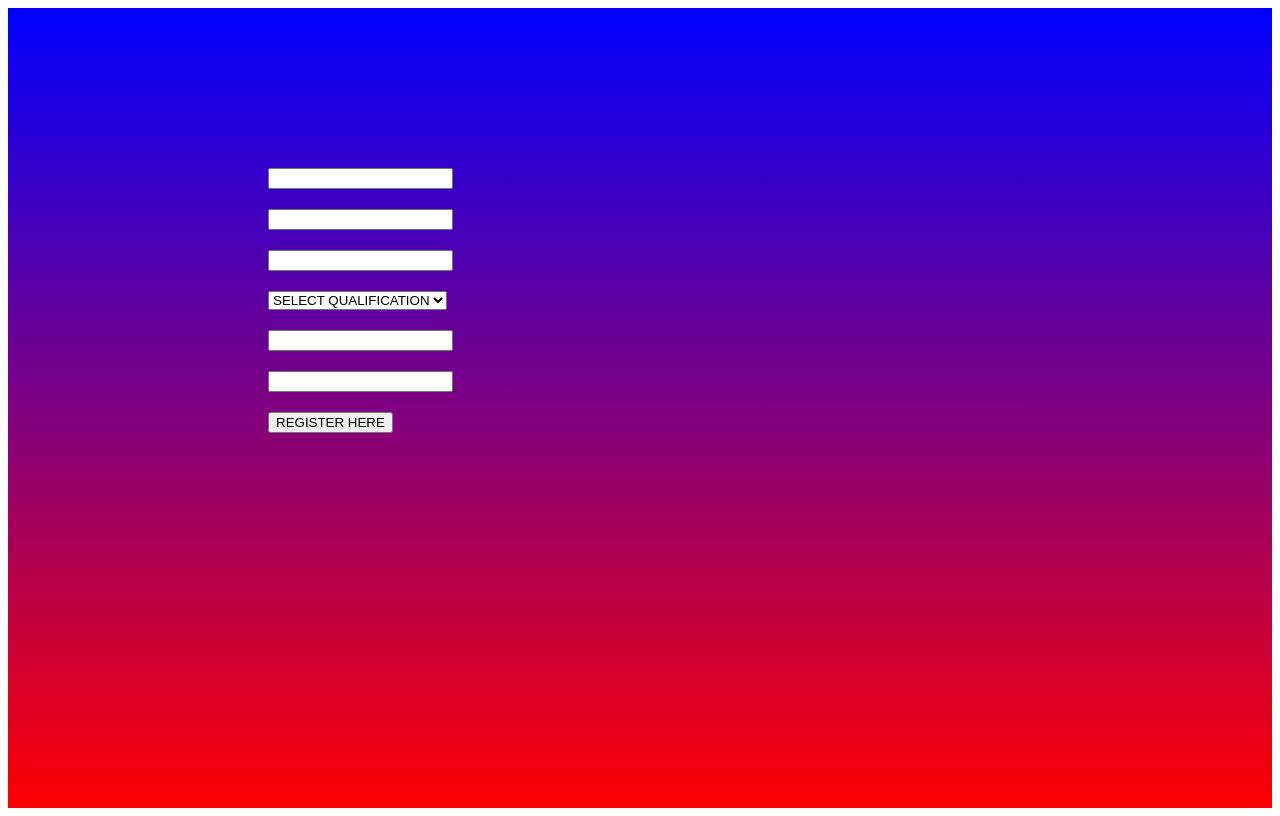
Repository: vaibhaokamble/MY_INSTITUTE_PUNE
Page: SERVLET/RegistrationApplication/src/main/webapp/register.html
An editor plug-in stored every save of this project. The page is shown before and after the next save, followed by the edit.
The browser window is 1280 px wide. The pictures show the whole page.

Above is the page before, as saved 2022-10-18 04:32:31.

### SERVLET/RegistrationApplication/src/main/webapp/register.html
<!DOCTYPE html>
<html>
<head>
<meta charset="UTF-8">
<title>Insert title here</title>
<link rel="stylesheet" href="css/style.css"/>
</head>
<body>
<div class="container">
<ul>
	<li> <input type='text' name='name' value=''/></li>
	<li> <input type='text' name='email' value=''/></li>
	<li> <input type='text' name='contact' value=''/></li>
	<li> <select name='qual'>
		<option> SELECT QUALIFICATION </option>
		<option> MCA</option>
		<option>B.SC</option>
		<option>12TH</option>
		<option>10TH</option>
	</select></li>
	<li><input type='text' name='username' value=''/></li>
	<li><input type='text' name='password' value=''/></li>
	<li><input type='submit' name='s' value='REGISTER HERE'/></li>

</ul>
</div>
</body>
</html>

### SERVLET/RegistrationApplication/src/main/webapp/css/style.css
@charset "UTF-8";

.container {
	width: 100%;
	height: 800px;
	background-image: linear-gradient(blue, red);
}

ul {
	list-style-type: none;
	padding: 50px;
	position: absolute;
	margin-left: 200px;
	margin-top: 100px;
}

ul li {
	padding: 10px;
}

.control {
	width: 400px;
	height: 30px;
	margin-radius:5px;
}

After the next save:
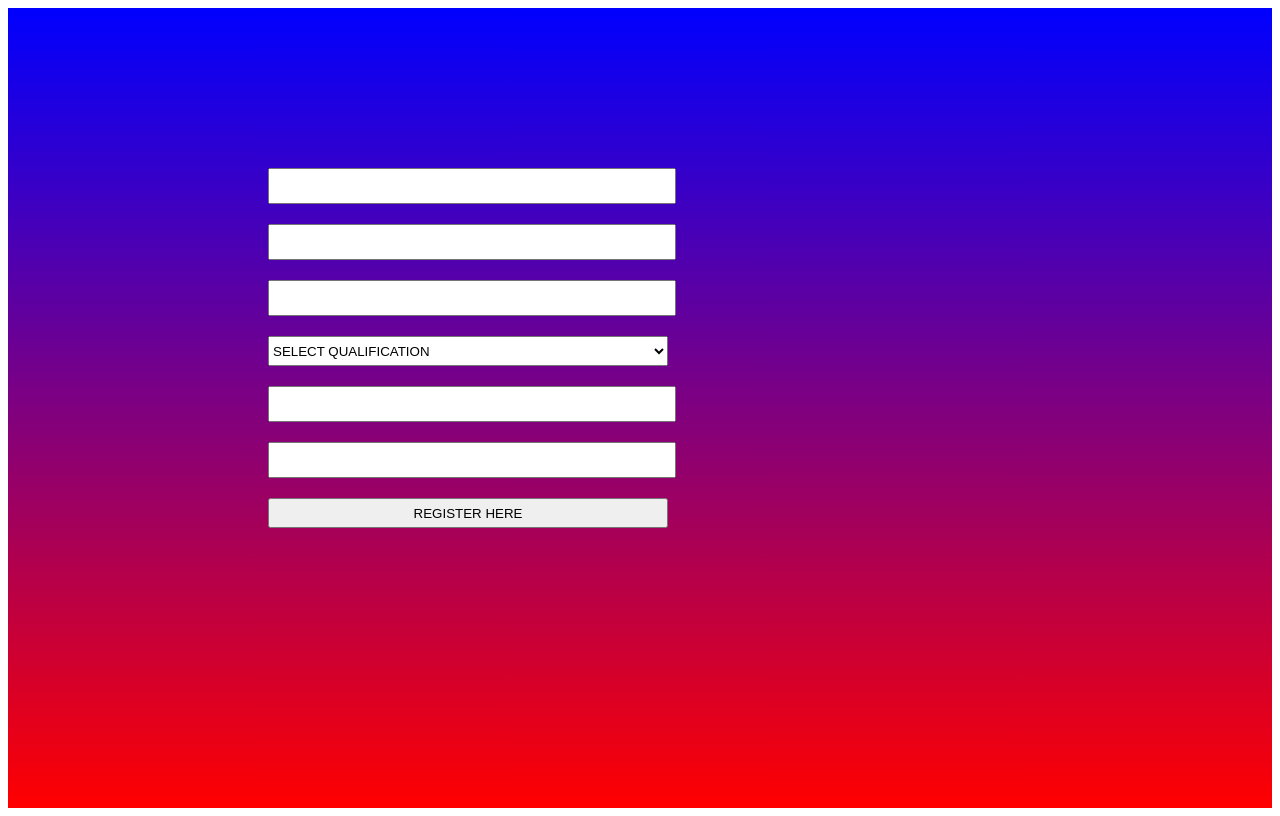
Saved 53 s later.
--- a/SERVLET/RegistrationApplication/src/main/webapp/register.html
+++ b/SERVLET/RegistrationApplication/src/main/webapp/register.html
@@ -8,19 +8,19 @@
 <body>
 <div class="container">
 <ul>
-	<li> <input type='text' name='name' value=''/></li>
-	<li> <input type='text' name='email' value=''/></li>
-	<li> <input type='text' name='contact' value=''/></li>
-	<li> <select name='qual'>
+	<li> <input type='text' name='name' value='' class='control'/></li>
+	<li> <input type='text' name='email' value=''class='control'/></li>
+	<li> <input type='text' name='contact' value=''class='control'/></li>
+	<li> <select name='qual' class='control'>
 		<option> SELECT QUALIFICATION </option>
 		<option> MCA</option>
 		<option>B.SC</option>
 		<option>12TH</option>
 		<option>10TH</option>
 	</select></li>
-	<li><input type='text' name='username' value=''/></li>
-	<li><input type='text' name='password' value=''/></li>
-	<li><input type='submit' name='s' value='REGISTER HERE'/></li>
+	<li><input type='text' name='username' value=''class='control'/></li>
+	<li><input type='text' name='password' value=''class='control'/></li>
+	<li><input type='submit' name='s' value='REGISTER HERE'class='control'/></li>
 
 </ul>
 </div>
